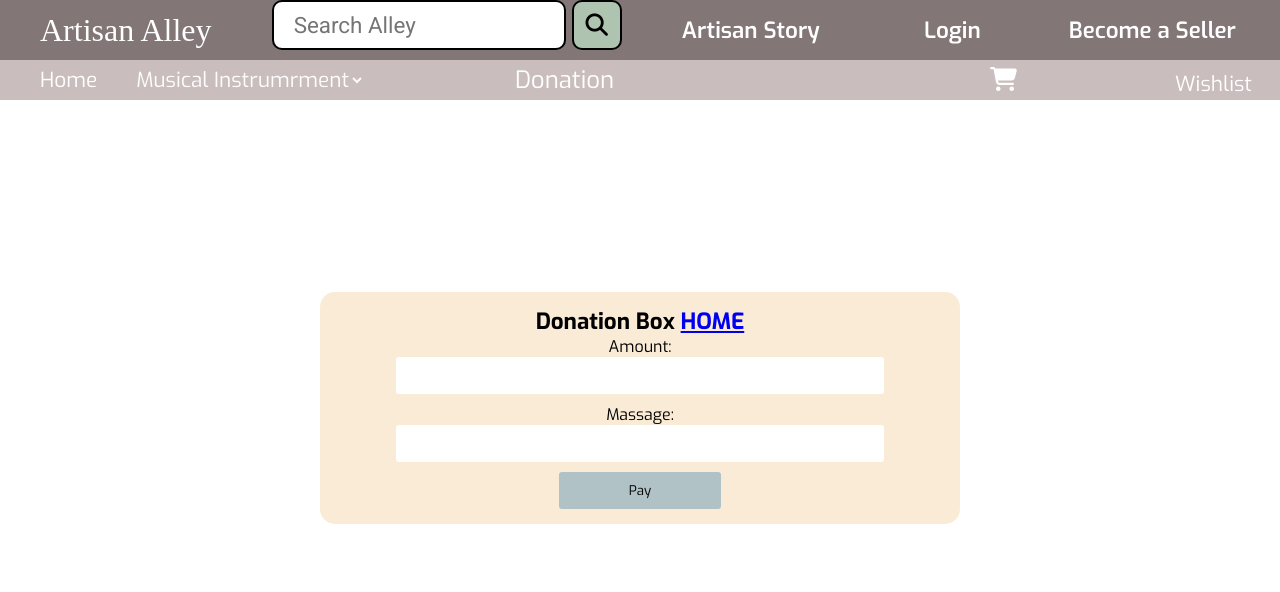
Repository: RingkhangBTY/Bytehacks_Hackathon_Project
Page: donation.html
These files come from the project's save history. The page is drawn as it stood at one moment and after a run of saves; the edit follows.
The browser window is 1280 px wide. The pictures show the whole page.
Some web fonts or font styles are not loaded; a fallback is used.

Above is the page before, as saved 2024-11-27 10:54:06.

### donation.html
<!DOCTYPE html>
<html lang="en">
<head>
    <meta charset="UTF-8">
    <meta name="viewport" content="width=device-width, initial-scale=1.0">
    <title>Document</title>
    <link
      rel="stylesheet"
      href="https://cdnjs.cloudflare.com/ajax/libs/font-awesome/6.7.1/css/all.min.css"
      integrity="sha512-5Hs3dF2AEPkpNAR7UiOHba+lRSJNeM2ECkwxUIxC1Q/FLycGTbNapWXB4tP889k5T5Ju8fs4b1P5z/iB4nMfSQ=="
      crossorigin="anonymous"
      referrerpolicy="no-referrer"
    />
    <link rel="stylesheet" href="style.css">
    <link rel="stylesheet" href="login/donation-style.css">
</head>
<body>
    <header>
        <div class="split-div">
            <div class="half half-top">
              <a href="index.html" class="logo">Artisan Alley</a>

              <div class="searchdiv">
                <input
                  type="text"
                  placeholder="Search Alley"
                  class="searchbar"
                  id=""
                />

                <div class="search-icon">
                  <button class="alley-search">
                    <i class="fa-solid fa-magnifying-glass"></i>
                  </button>
                </div>
              </div>

              <div class="artisan-story">
                <a href="artisan-story.html" class="story" id="">Artisan Story</a>
              </div>

              <div class="login-and-seller">
                <a href="login/login.html" class="account-login login" id="">Login</a>
                <a href="" class="seller-login login" id="">Become a Seller</a>
              </div>
            </div>

            <div class="half half-bottom">
              <div class="home-and-categories nav2">
                <a href="index.html" class="home">Home</a>

                <label for="categories"></label>
                <select id="categories" class="categories">
                  <option value="" disabled selected>Categories</option>
                  <option value="" selected>Painting</option>
                  <option value="" selected>Sculpture</option>
                  <option value="" selected>Drawing</option>
                  <option value="" selected>Handcraft</option>
                  <option value="" selected>Musical Instrumrment</option>
                </select>
              </div>

              <div class="donation-container nav2">
                <a class="donation" href="donation.html">Donation</a>
              </div>

              <div class="cart-wishlist nav2">
                <a href="index.html" class="cart" id=""
                  ><i class="fa-solid fa-cart-shopping"></i
                ></a>

                <button class="wishlist" id="">Wishlist</button>
              </div>
            </div>
          </div>
    </header>

    <main>
        <div class="donate-con">
            <div class="donation-cont">
                <!-- <h2>Welcome to </h2> -->
                <form id="donation from">
                    <h3>Donation Box <a href="index.html">HOME</a></h3>
                    <lab for="donation">Amount:</lab>
                    <input type="amount" id="text" name="donate" required>

                    <lab for="donation"> Massage:</lab>
                    <input type="text" id="text" name="donate" >
                    <button type="submit">Pay</button>
                </form>
            </div>
        </div>
    </main>
</body>
</html>

### style.css
@import url("https://fonts.googleapis.com/css2?family=Roboto:ital,wght@0,100;0,300;0,400;0,500;0,700;0,900;1,100;1,300;1,400;1,500;1,700;1,900&display=swap");
@import url("https://fonts.googleapis.com/css2?family=Edu+AU+VIC+WA+NT+Pre:wght@400..700&display=swap");
@import url("https://fonts.googleapis.com/css2?family=Exo:ital,wght@0,100..900;1,100..900&display=swap");

* {
  margin: 0;
  padding: 0;
  box-sizing: border-box;
  font-family: Exo;
}

body {
  header {
    .split-div {
      width: 100%;
      height: 30%;

      .half {
        width: 100%;
      }

      .half-top {
        background-color: #827676;
        height: 70%;
        display: flex;
        justify-content: space-between;
        align-items: center;

        .logo {
          text-decoration: none;
          color: white;
          font-size: 2rem;
          font-family: Edu AU VIC WA NT Pre, cursive;
          font-weight: 500;
          margin-left: 40px;
        }

        .searchdiv {
          display: flex;

          .searchbar {
            height: 50px;
            width: 100%;
            border: black 2px solid;
            outline: none;
            border-radius: 10px;
            padding-left: 20px;
            font-size: 1.4rem;
            font-family: Roboto;
            margin-right: 5px;
          }

          .alley-search {
            display: flex;
            justify-content: center;
            align-items: center;
            width: 50px;
            height: 50px;
            background-color: #aec3b0;
            border: 2px black solid;
            margin-left: 1px;
            border-radius: 10px;
            cursor: pointer;

            i {
              color: black;
              font-size: 1.4rem;
            }
          }
        }

        .artisan-story .story{
          color: white;
          font-size: 1.4rem;
          text-decoration: none;
          font-family: Exo;
          font-weight: 600;
        }

        .login-and-seller {
          height: 60px;
          width: 400px;
          display: flex;
          justify-content: space-around;
          align-items: center;
        }

        .login-and-seller .login {
          color: white;
          font-size: 1.4rem;
          text-decoration: none;
          font-family: Exo;
          font-weight: 600;
        }
      }

      .half-bottom {
        background-color: #cabdbd;
        height: 30%;
        display: flex;
        justify-content: space-between;
        align-items: center;

        .nav2 {
          height: 40px;
          width: 250px;
          display: flex;
          justify-content: space-between;
          align-items: center;
          margin-left: 40px;
          margin-right: 40px;

          .home {
            text-decoration: none;
            color: white;
            margin-right: 10%;
            font-size: 1.3rem;
          }

          .categories {
            height: 100%;
            padding-left: 10px;
            text-align: center;
            border: none;
            background: transparent;
            border-radius: 5px;
            outline: none;
            font-size: 1.3rem;
            color: #fdfdfd;
            cursor: pointer;
          }
          .categories option[selected]{
            margin-left: 20px;
            background-color: #e6f7ff;
            color: #2a2828;
          }

          .donation{
            display: block;
            text-decoration: none;
            font-size: 1.5rem;
            color: white;
          }

          .cart {
            text-decoration: none;
            font-size: 1.5rem;
            color: white;
          }

          .wishlist {
            height: 100%;
            border-radius: 5px;
            background: transparent;
            border: none;
            outline: none;
            font-size: 1.3rem;
            color: white;
          }
        }
      }
    }
  }
}

.products{
  display: flex;
  gap: 10px;
  margin: 10px;
}

.left-container,.middle-container,.right-container{
  display: flex;
  border-radius: 5px;
  padding: 5px;
  padding-top: 10px;
  width: auto;
}
.left-container{
  padding-left: 17%;
}
.right-container{
  padding-right: 17%;
}
.grid-layout{
  display: grid;
  grid-template-rows: auto ;
  gap: 10px;
}
.grid-item{
  background-color: antiquewhite;
  border: 1px solid #ccc;
  width: 100%;
  border-radius: 5px;
  text-align: center;
  padding: 10px;
  padding-bottom: 10px;
}
.grid-item img{
  width: 100%;
  height: auto;
  border-radius: 5px;
}
.grid-item p{
  font-size: large;
  font-family: Cambria, Cochin, Georgia, Times, 'Times New Roman', serif;
  margin-bottom: 5%;
}

footer{
  background-color: #827676;
    color: #fff;
    padding: 20px 40px;
    text-align: center;
}

.footer-container{
  display: flex;
  justify-content: space-between;
  flex-wrap: wrap;
    gap: 40px;
    max-width: 1200px;
    margin: 0 auto;
    padding-left: 20%;
    padding-right: 20%;
}

.imfo-container{
  display: flex;
    flex-direction: column;
    align-items: center;
    gap: 10px;
}

.imfo-container h6{
  display: flex;
  flex-direction: column;
  font-size: 1rem;
  line-height: 1.6rem;
  display: flex;
  flex-direction: column;
  align-items: center;
  color: #ddd;
  margin: 10px auto;
}
.imfo-container  p, .imfo-container a{
  font-size: 1rem;
  line-height: 1.6rem;
  color: #ddd;
  text-decoration: none;
  display: block;
}

### login/donation-style.css
.donate-con{
    justify-items: center;
}

.donation-cont{
    background-color: antiquewhite;
    border-radius: 15px;
    padding: 15px;
    width: 50%;
    justify-items: center;
    text-align: center;
    margin-top: 15%;
    justify-content: center;
  }

  .donation-cont h3{
    font-size: 1.4rem;
  }

  label{
    display: block;
    text-align: left;
    margin-bottom: 5px;
    font-weight: bold;
  }

  input{
    width: 90%;
    padding: 10px;
    margin-bottom: 10px;
    border: 1px snow;
    border-radius: 3px;
  }

  button{
    width: 30%;
    padding: 10px;
    background-color: rgb(176, 194, 198);
    color: rgb(4, 4, 4);
    border: none;
    border-radius: 3px;
    cursor: pointer;
  }



  .donation-cont:hover{
    transform: translateY(-5px);
    box-shadow: 0 7px rgba(0,0, 0, 0.2);
  }

After the next 6 saves:
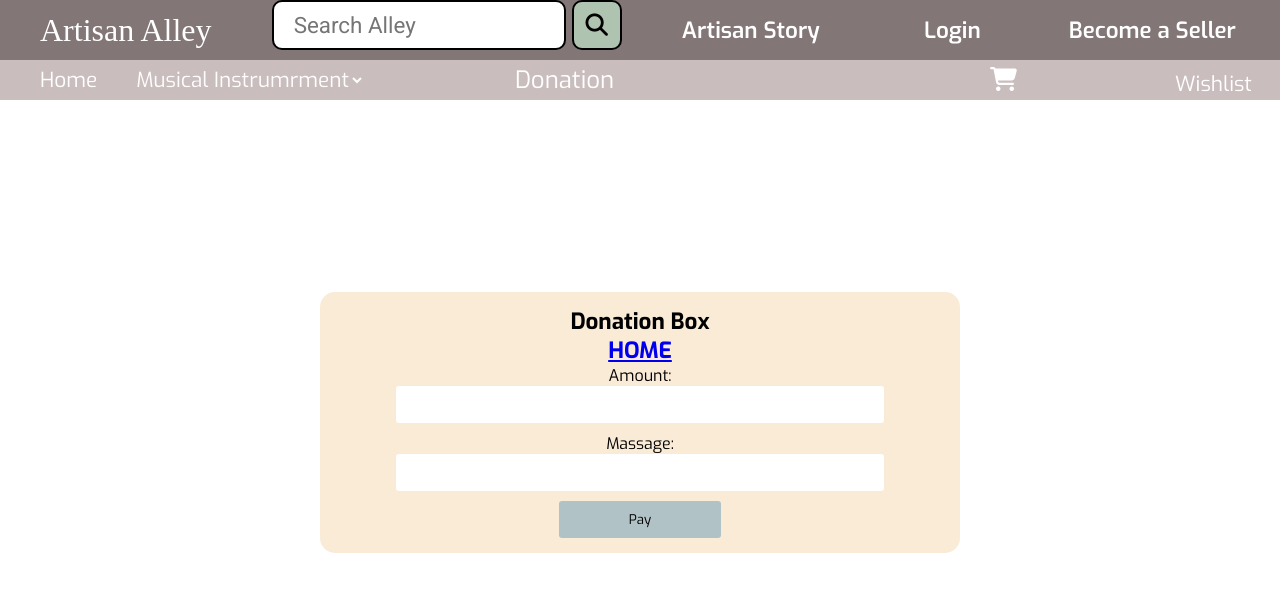
The 6 saves are shown as one change because they came seconds apart.
The last was saved 14 s later.
--- a/login/donation-style.css
+++ b/login/donation-style.css
@@ -42,7 +42,9 @@
     cursor: pointer;
   }
 
-
+  .donation-cont a{
+    display: block;
+  }
 
   .donation-cont:hover{
     transform: translateY(-5px);

After the save that followed:
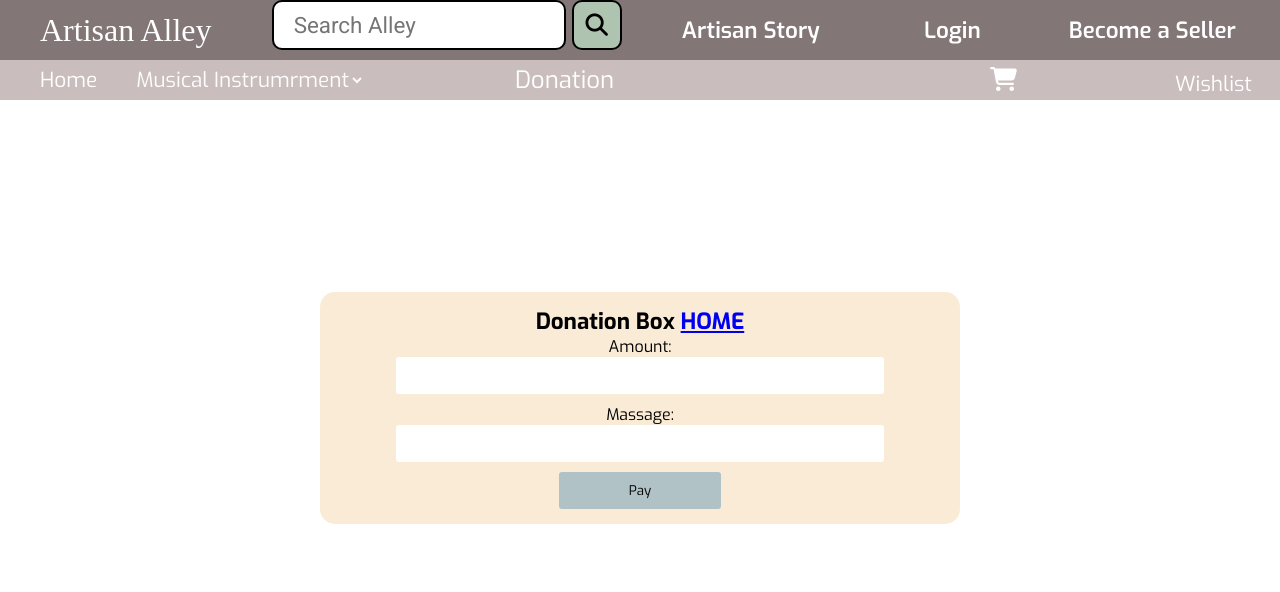
Saved 36 s later.
--- a/login/donation-style.css
+++ b/login/donation-style.css
@@ -42,10 +42,6 @@
     cursor: pointer;
   }
 
-  .donation-cont a{
-    display: block;
-  }
-
   .donation-cont:hover{
     transform: translateY(-5px);
     box-shadow: 0 7px rgba(0,0, 0, 0.2);
